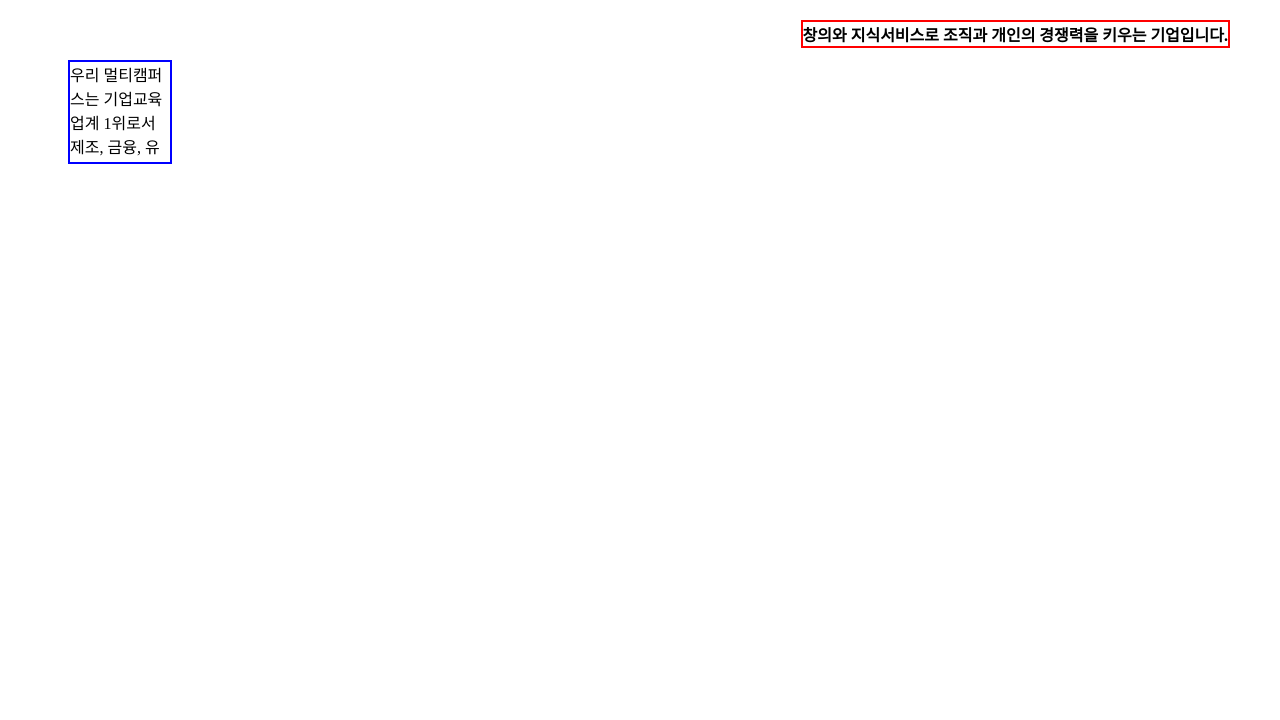
Repository: zmfhd1/Web
Page: boardtest/WebContent/overflow.html
These files come from the project's save history. The page is drawn as it stood at one moment and after the next save; the edit follows.
The browser window is 1280 px wide. The pictures show the whole page.

Above is the page before, as saved 2021-08-23 01:45:37.

### boardtest/WebContent/overflow.html
<!DOCTYPE html>
<head>
  <meta charset="UTF-8">
  <title>Document</title>
  <style type="text/css">

  .content{
  border : 2px solid blue;
  width : 100px;
  height : 100px;
  overflow : scroll;
  margin: 40px;
   position : relative;
  top : 20px;
  left : 20px;
  }

  b{
  border : 2px solid red;
  position : fixed; /*부모태그영역*/
  top : 20px;
  right : 50px;
  }
  </style>


</head>

<body>
    <div class="content">
      <div class="text">
        <b>창의와 지식서비스로 조직과 개인의 경쟁력을 키우는 기업입니다.</b>
        우리 멀티캠퍼스는 기업교육 업계 1위로서 제조, 금융, 유통 등 다양한 영역에서 고객 성장에 필요한 최적의 역량과 기술 향상을 지원하며 고객 가치 창출에 기여하고 있습니다.
	코로나19로 시작된 비대면 시대에 전혀 다른 새로운 교육 패러다임으로 구조를 혁신하고 차별화된 비대면 교육 서비스로 시장을 선도하겠습니다.
	20여년 간의 교육운영 노하우가 집약된 차세대 교육 플랫폼을 통해 운영 경쟁력을 확보하고 직무별·산업별 현업에 즉시 적용 가능한 실전형 콘텐츠 생산과 품질 관리에 집중하여 대한민국 DT시대를 이끄는 디지털 인재 양성에 매진하겠습니다.
	앞으로도 변화하는 환경에 맞는 기업 인재 육성 방향을 선제적으로 제시하고 전략적이고 효율적인 교육 파트너로서 고객과 함께 성장하겠습니다.
      </div>
    </div>
</body>
</html>

After the next save:
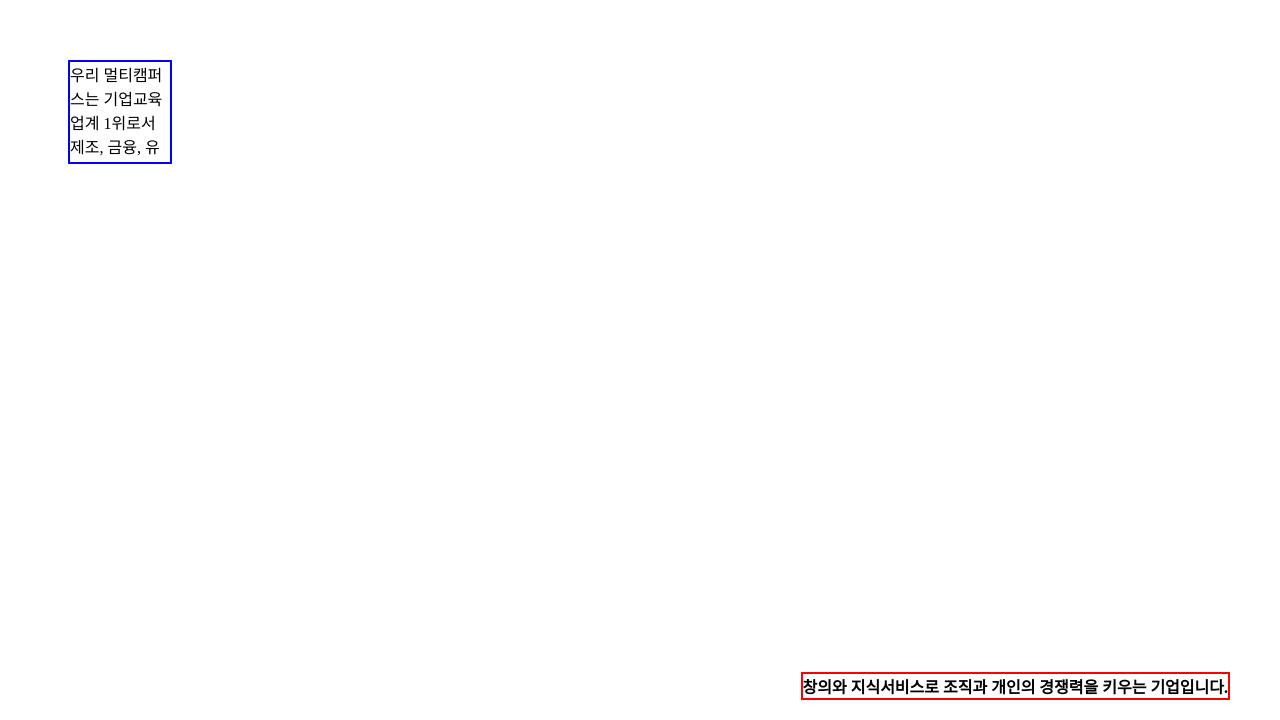
Saved 19 s later.
--- a/boardtest/WebContent/overflow.html
+++ b/boardtest/WebContent/overflow.html
@@ -18,7 +18,7 @@
   b{
   border : 2px solid red;
   position : fixed; /*부모태그영역*/
-  top : 20px;
+  bottom : 20px;
   right : 50px;
   }
   </style>
